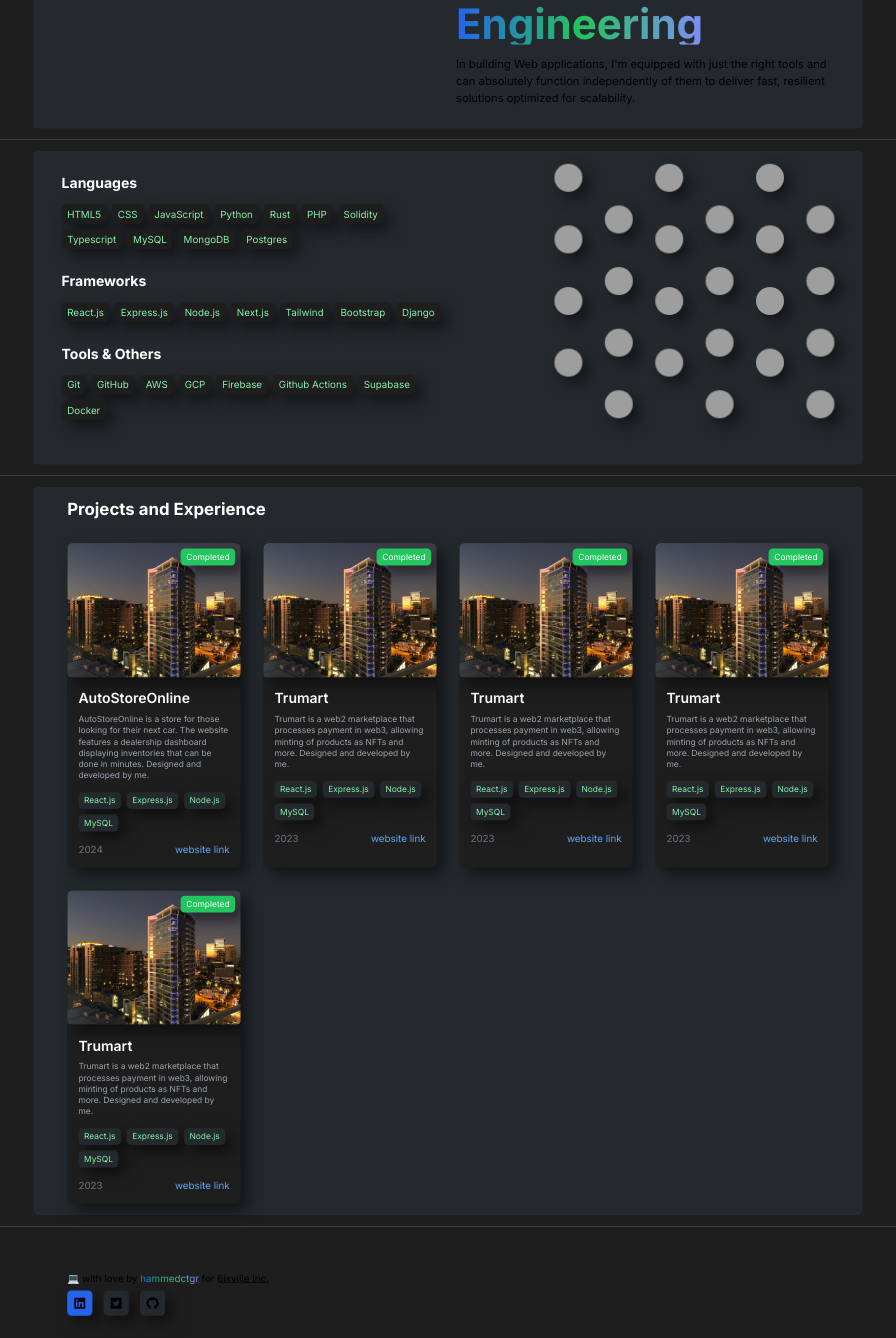
Repository: muhammedctgr/hammedctgr
Page: /
The author's editor kept a copy of each file at every save. The page is drawn from the files as they stood at one save, then again after a run of saves.
The browser window is 1280 px wide. The pictures show the part of the page from y = 844 to 2764 px (the page is 2756 px tall before and 2764 px after), at 70% of full size.
Pictures or frames that could not be fetched are drawn as grey boxes. The project was rebuilt for these pictures with package versions that can differ from the ones it lists, and the page was loaded fresh each time. The framework's server and built-in components were replaced by stand-ins that run in the browser. Also part of the build but not shown: next.config.mjs.

Above is the page before, as saved 2024-08-13 19:29:55.

### app/layout.tsx
import type { Metadata } from "next";
import { Inter } from "next/font/google";
import "./globals.css";

const inter = Inter({ subsets: ["latin"] });

export const metadata: Metadata = {
  title: "Popoola Muhammed",
  description: "Generated by create next app",
};

export default function RootLayout({
  children,
}: Readonly<{
  children: React.ReactNode;
}>) {
  return (
    <html lang="en">
      <body className={inter.className}>{children}</body>
    </html>
  );
}

### app/page.tsx
import Head from 'next/head';
import Hero from '../components/Hero';
import SkillsSection from '@/components/SkillsSection';
import SummarySection from '@/components/SummarySection';
import ProjectsSection from '@/components/ProjectsSection';
import Footer from '@/components/Footer';

const Home = () => (
  <div>
    <Head>
      <title>Popoola Muhammed</title>
      <meta name="description" content="Welcome to my developer portfolio" />
    </Head>

    <Hero />
    <SummarySection />
    <SkillsSection />
    <ProjectsSection />
    <Footer />
  </div>
);

export default Home;

### app/globals.css
@tailwind base;
@tailwind components;
@tailwind utilities;

:root {
  --foreground-rgb: 0, 0, 0;
  --background-start-rgb: 214, 219, 220;
  --background-end-rgb: 255, 255, 255;
}

@media (prefers-color-scheme: dark) {
  :root {
    --foreground-rgb: 255, 255, 255;
    --background-start-rgb: 0, 0, 0;
    --background-end-rgb: 0, 0, 0;
  }
}

body {
  color: rgb(var(--foreground-rgb));
  background: linear-gradient(
      to bottom,
      transparent,
      rgb(var(--background-end-rgb))
    )
    rgb(var(--background-start-rgb));
}

@layer utilities {
  .text-balance {
    text-wrap: balance;
  }
}


@keyframes upDown {
  0%, 100% {
    transform: translateY(0);
  }
  50% {
    transform: translateY(-10px); /* Adjust the value as needed */
  }
}

.animate-upDown {
  animation: upDown 2s infinite ease-in-out; /* Adjust duration as needed */
}


@keyframes scroll-medium {
  0% {
    transform: translateY(-100%);
  }
  100% {
    transform: translateY(100%);
  }
}

@keyframes scroll-fast {
  0% {
    transform: translateY(-100%);
  }
  100% {
    transform: translateY(30vh);
  }
}

@keyframes scroll-upfast {
  0% {
    transform: translateY(100%);
  }
  100% {
    transform: translateY(-30vh);
  }
}

.animate-scroll-upfast {
  animation: scroll-upfast 2s linear infinite;
}

.animate-scroll-fast {
  animation: scroll-fast 2s linear infinite;
}

.animate-scroll-medium {
  animation: scroll-medium 6s linear infinite;
}

.animate-scroll-delay {
  animation-delay: 2s;
}

.animate-scroll-delay-long {
  animation-delay: 4s;
}

.animate-scroll {
  animation: scroll 10s linear infinite;
}

.neumorph {
  border-radius: 5px;
  background: linear-gradient(145deg, #161414, #1a1818);
  box-shadow:  5px 5px 10px #111010,
               -5px -5px 10px #1f1c1c;
}

### components/Hero.tsx
import Image from 'next/image';
import profilePic from '../public/profile.png';
import { AiFillLinkedin, AiFillGithub, AiFillTwitterSquare, AiFillX } from 'react-icons/ai';

const Hero = () => {
  return (
    <section className="bg-gptGray px-4 py-4 md:pt-8 md:px-8 lg:px-12 text-white flex items-center">
  <div className="container bg-githubGray shadow-lg rounded-md mx-auto flex flex-col md:flex-row md:px-2 relative overflow-hidden">
    <div className="flex-1 text-left p-4 md:p-8">
      <div className="inline-block bg-blue-600 text-black py-1 px-3 mb-4 rounded-md">
        Hi, I’m
      </div>
      <div className="mb-6">
        <h1 className="text-xl md:text-3xl font-bold">Popoola Muhammed</h1>
        <p className="mt-2 text-lg md:text-xl">Full-Stack Developer, I build and manage</p>
      </div>
      <ul className="mt-4 list-disc list-inside text-xs md:text-base">
        <li>Highly Optimized and Responsive <span className="text-blue-600">FRONT-END</span></li>
        <li>Secure and Scalable <span className="text-blue-600">BACK-END & DATABASE</span></li>
        <li><span className="text-blue-600">IT</span> Infrastructure</li>
      </ul>
      <div className="mt-6">
        <a href="#contact" className="underline">Let’s Connect</a>
        <div className="mt-2 flex justify-start space-x-4">
          <a href="#" className="bg-blue-600 p-2 rounded-md shadow-deep-all">
            <AiFillLinkedin size={20} />
          </a>
          <a href="#" className="bg-githubGray p-2 rounded-md shadow-deep-all">
            <AiFillTwitterSquare size={20} />
          </a>
          <a href="#" className="bg-githubGray p-2 rounded-md shadow-deep-all">
            <AiFillGithub size={20} />
          </a>
        </div>
      </div>
    </div>
    <div className="relative flex-1 p-4 md:p-8">
      <img src="https://cdn.jsdelivr.net/gh/devicons/devicon@latest/icons/python/python-original.svg" className="right-4 w-8 h-8 md:w-16 md:h-16 lg:w-16 lg:h-16 bg-gptGray rounded-md animate-bounce shadow-deep-all" />
      <div className="relative w-40 h-40 md:w-72 md:h-72 lg:w-96 lg:h-96 mx-auto">
        <Image src={profilePic} alt="Popoola Muhammed" layout="fill" className="rounded-full object-cover animate-upDown" />
      </div>
      <img src="https://cdn.jsdelivr.net/gh/devicons/devicon@latest/icons/rust/rust-original.svg"  className="w-8 h-8 md:w-16 md:h-16 lg:w-16 lg:h-16 bg-gptGray rounded-3xl shadow-deep-all animate-bounce absolute top-8 right-4" />
      <img src="https://cdn.jsdelivr.net/gh/devicons/devicon@latest/icons/javascript/javascript-original.svg" className="w-8 h-8 md:w-12 md:h-12 lg:w-12 lg:h-12 bg-gptGray rounded-md animate-bounce shadow-deep-all" />
    </div>
    <img src="https://cdn.jsdelivr.net/gh/devicons/devicon@latest/icons/nextjs/nextjs-original.svg" className="w-8 h-8 md:w-12 md:h-12 lg:w-12 lg:h-12 bg-gptGray rounded-3xl shadow-deep-all animate-bounce absolute bottom-4 right-36" />
  </div>
</section>
  );
};

export default Hero;

### components/SkillsSection.tsx
import Image from 'next/image';
import { FC } from 'react';

interface SkillCategory {
  title: string;
  skills: { name: string; }[];
}

const skills: SkillCategory[] = [
  {
    title: "Languages",
    skills: [
      { name: "HTML5",  },
      { name: "CSS", },
      { name: "JavaScript",  },
      { name: "Python", },
      { name: "Rust",  },
      { name: "PHP", },
      { name: "Solidity",  },
      { name: "Typescript",  },
      { name: "MySQL",  },
      { name: "MongoDB", },
      { name: "Postgres", },
    ],
  },
  {
    title: "Frameworks",
    skills: [
      { name: "React.js", },
      { name: "Express.js",  },
      { name: "Node.js", },
      { name: "Next.js", },
      { name: "Tailwind", },
      { name: "Bootstrap", },
      { name: "Django", }
    ],
  },
  {
    title: "Tools & Others",
    skills: [
      { name: "Git",  },
      { name: "GitHub",  },
      { name: "AWS", },
      { name: "GCP", },
      { name: "Firebase", },
      { name: "Github Actions", },
      { name: "Supabase",  },
      { name: "Docker",  },
    ],
  },
];

const icons = [
  "/icons/html5.svg", // Replace with your icon paths
  "/icons/css3.svg",
  "/icons/javascript.svg",
  "/icons/python.svg",
  // Add the rest of the icons as needed
];

const SkillsSection: FC = () => {
  return (
  <section className="px-4 py-4 md:px-8 lg:px-12 bg-gptGray text-white w-full h-full">
  <div className="container bg-githubGray rounded-md mx-auto flex flex-col md:flex-row items-start md:px-2">
    <div className="flex-1 p-4 md:p-8">
      {skills.map((category) => (
        <div key={category.title} className="mb-8">
          <h2 className="text-lg md:text-xl font-bold mb-4 ">{category.title}</h2>
          <div className="flex flex-wrap gap-2">
            {category.skills.map((skill) => (
              <span
                key={skill.name}
                className={`px-2 py-1 rounded-md text-sm shadow-deep-all bg-gptGray text-green-300`}
              >
                {skill.name}
              </span>
            ))}
          </div>
        </div>
      ))}
    </div>
    <div className="flex-1 flex flex-col items-center md:items-end overflow-hidden md:pb-8">
      <div className="grid grid-cols-6 md:grid-cols-6 gap-8 p-4 md:p-8">
      <img src="https://cdn.jsdelivr.net/gh/devicons/devicon@latest/icons/html5/html5-original.svg" className="w-10 h-10 md:w-10 md:h-10 lg:w-10 lg:h-10 bg-gptGray rounded-3xl shadow-deep-all mt-4 animate-scroll-fast" />
      <img src="https://cdn.jsdelivr.net/gh/devicons/devicon@latest/icons/css3/css3-original.svg" className="w-10 h-10 md:w-10 md:h-10 lg:w-10 lg:h-10 bg-gptGray rounded-3xl shadow-deep-all mt-4 animate-scroll-upfast" />
      <img src="https://cdn.jsdelivr.net/gh/devicons/devicon@latest/icons/javascript/javascript-original.svg" className="w-10 h-10 md:w-10 md:h-10 lg:w-10 lg:h-10 bg-gptGray rounded-3xl shadow-deep-all mt-4 animate-scroll-fast" />
      <img src="https://cdn.jsdelivr.net/gh/devicons/devicon@latest/icons/python/python-original.svg" className="w-10 h-10 md:w-10 md:h-10 lg:w-10 lg:h-10 bg-gptGray rounded-3xl shadow-deep-all mt-4 animate-scroll-upfast" />
      <img src="https://cdn.jsdelivr.net/gh/devicons/devicon@latest/icons/rust/rust-original.svg"  className="w-10 h-10 md:w-10 md:h-10 lg:w-10 lg:h-10 bg-gptGray rounded-3xl shadow-deep-all mt-4 animate-scroll-fast" />
      <img src="https://cdn.jsdelivr.net/gh/devicons/devicon@latest/icons/php/php-original.svg" className="w-10 h-10 md:w-10 md:h-10 lg:w-10 lg:h-10 bg-gptGray rounded-3xl shadow-deep-all mt-4 animate-scroll-upfast"  />
      <img src="https://cdn.jsdelivr.net/gh/devicons/devicon@latest/icons/solidity/solidity-original.svg" className="w-10 h-10 md:w-10 md:h-10 lg:w-10 lg:h-10 bg-gptGray rounded-3xl shadow-deep-all mt-4 animate-scroll-fast" />
      <img src="https://cdn.jsdelivr.net/gh/devicons/devicon@latest/icons/typescript/typescript-original.svg" className="w-10 h-10 md:w-10 md:h-10 lg:w-10 lg:h-10 bg-gptGray rounded-3xl shadow-deep-all mt-4 animate-scroll-upfast" />
      <img src="https://cdn.jsdelivr.net/gh/devicons/devicon@latest/icons/mysql/mysql-original.svg" className="w-10 h-10 md:w-10 md:h-10 lg:w-10 lg:h-10 bg-gptGray rounded-3xl shadow-deep-all mt-4 animate-scroll-fast" />
      <img src="https://cdn.jsdelivr.net/gh/devicons/devicon@latest/icons/mongodb/mongodb-original.svg" className="w-10 h-10 md:w-10 md:h-10 lg:w-10 lg:h-10 bg-gptGray rounded-3xl shadow-deep-all mt-4 animate-scroll-upfast" />
      <img src="https://cdn.jsdelivr.net/gh/devicons/devicon@latest/icons/react/react-original.svg" className="w-10 h-10 md:w-10 md:h-10 lg:w-10 lg:h-10 bg-gptGray rounded-3xl shadow-deep-all mt-4 animate-scroll-fast" />
      <img src="https://cdn.jsdelivr.net/gh/devicons/devicon@latest/icons/nextjs/nextjs-original.svg" className="w-10 h-10 md:w-10 md:h-10 lg:w-10 lg:h-10 bg-gptGray rounded-3xl shadow-deep-all mt-4 animate-scroll-upfast" />
      <img src="https://cdn.jsdelivr.net/gh/devicons/devicon@latest/icons/tailwindcss/tailwindcss-original.svg" className="w-10 h-10 md:w-10 md:h-10 lg:w-10 lg:h-10 bg-gptGray rounded-3xl shadow-deep-all mt-4 animate-scroll-fast" />
      <img src="https://cdn.jsdelivr.net/gh/devicons/devicon@latest/icons/git/git-original.svg" className="w-10 h-10 md:w-10 md:h-10 lg:w-10 lg:h-10 bg-gptGray rounded-3xl shadow-deep-all mt-4 animate-scroll-upfast" />
      <img src="https://cdn.jsdelivr.net/gh/devicons/devicon@latest/icons/github/github-original.svg" className="w-10 h-10 md:w-10 md:h-10 lg:w-10 lg:h-10 bg-gptGray rounded-3xl shadow-deep-all mt-4 animate-scroll-fast" />
      <img src="https://cdn.jsdelivr.net/gh/devicons/devicon@latest/icons/amazonwebservices/amazonwebservices-original-wordmark.svg" className="w-10 h-10 md:w-10 md:h-10 lg:w-10 lg:h-10 bg-gptGray rounded-3xl shadow-deep-all mt-4 animate-scroll-upfast" />
      <img src="https://cdn.jsdelivr.net/gh/devicons/devicon@latest/icons/googlecloud/googlecloud-original.svg" className="w-10 h-10 md:w-10 md:h-10 lg:w-10 lg:h-10 bg-gptGray rounded-3xl shadow-deep-all mt-4 animate-scroll-fast" />
      <img src="https://cdn.jsdelivr.net/gh/devicons/devicon@latest/icons/postgresql/postgresql-original.svg" className="w-10 h-10 md:w-10 md:h-10 lg:w-10 lg:h-10 bg-gptGray rounded-3xl shadow-deep-all mt-4 animate-scroll-upfast" />
      <img src="https://cdn.jsdelivr.net/gh/devicons/devicon@latest/icons/supabase/supabase-original.svg" className="w-10 h-10 md:w-10 md:h-10 lg:w-10 lg:h-10 bg-gptGray rounded-3xl shadow-deep-all mt-4 animate-scroll-fast" />
      <img src="https://cdn.jsdelivr.net/gh/devicons/devicon@latest/icons/docker/docker-original.svg" className="w-10 h-10 md:w-10 md:h-10 lg:w-10 lg:h-10 bg-gptGray rounded-3xl shadow-deep-all mt-4 animate-scroll-upfast" />
      <img src="https://cdn.jsdelivr.net/gh/devicons/devicon@latest/icons/django/django-plain.svg" className="w-10 h-10 md:w-10 md:h-10 lg:w-10 lg:h-10 bg-gptGray rounded-3xl shadow-deep-all mt-4 animate-scroll-fast" />
      <img src="https://cdn.jsdelivr.net/gh/devicons/devicon@latest/icons/bootstrap/bootstrap-original.svg" className="w-10 h-10 md:w-10 md:h-10 lg:w-10 lg:h-10 bg-gptGray rounded-3xl shadow-deep-all mt-4 animate-scroll-upfast" />
      <img src="https://cdn.jsdelivr.net/gh/devicons/devicon@latest/icons/nodejs/nodejs-original.svg" className="w-10 h-10 md:w-10 md:h-10 lg:w-10 lg:h-10 bg-gptGray rounded-3xl shadow-deep-all mt-4 animate-scroll-fast" />
      <img src="https://cdn.jsdelivr.net/gh/devicons/devicon@latest/icons/githubactions/githubactions-original.svg" className="w-10 h-10 md:w-10 md:h-10 lg:w-10 lg:h-10 bg-gptGray rounded-3xl shadow-deep-all mt-4 animate-scroll-upfast" />
      </div>
    </div>
  </div>
</section>
  );
};

export default SkillsSection;

### components/SummarySection.tsx
import { FC } from 'react';

const SummarySection: FC = () => {
  return (
<section className="px-4 py-4 md:px-8 lg:px-12 bg-gptGray relative overflow-hidden">
  <div className="container bg-githubGray mx-auto flex rounded-md flex-col md:flex-row justify-between items-start md:px-8 p-4 md:p-8">
    <div className=" mb-8 md:mb-8">
      <div className="mb-4">
        <span className="text-4xl md:text-6xl font-bold bg-gradient-to-r from-blue-600 via-green-500 to-indigo-400 inline-block text-transparent bg-clip-text">Software</span>
      </div>
      <p className="text-sm md:text-base">
        I'm probably not the typical dev stationed behind a computer, but building state-of-the-art web apps, optimizing performance for scale and avoiding downtime is where you'll find me.
      </p>
    </div>
    <div className=" md:mt-48">
      <div className="mb-4">
        <span className="text-4xl md:text-6xl font-bold bg-gradient-to-r from-blue-600 via-green-500 to-indigo-400 inline-block text-transparent bg-clip-text">Engineering</span>
      </div>
      <p className="text-sm md:text-base">
        In building Web applications, I'm equipped with just the right tools and can absolutely function independently of them to deliver fast, resilient solutions optimized for scalability.
      </p>
    </div>
  </div>
</section>
  );
};

export default SummarySection;

### components/ProjectsSection.tsx
import { FC } from 'react';

interface Project {
  title: string;
  description: string;
  technologies: string[];
  date: string;
  status: string;
  image: string;
  link: string;
}

const projects: Project[] = [
  {
    title: "AutoStoreOnline",
    description: "AutoStoreOnline is a store for those looking for their next car. The website features a dealership dashboard displaying inventories that can be done in minutes. Designed and developed by me.",
    technologies: ["React.js", "Express.js", "Node.js", "MySQL"],
    date: "2024",
    status: "Completed",
    image: "pic1.jpg",
    link: "https://example.com",
  },
  {
    title: "Trumart",
    description: "Trumart is a web2 marketplace that processes payment in web3, allowing minting of products as NFTs and more. Designed and developed by me.",
    technologies: ["React.js", "Express.js", "Node.js", "MySQL"],
    date: "2023",
    status: "Completed",
    image: "pic1.jpg",
    link: "https://example.com",
  },
  {
    title: "Trumart",
    description: "Trumart is a web2 marketplace that processes payment in web3, allowing minting of products as NFTs and more. Designed and developed by me.",
    technologies: ["React.js", "Express.js", "Node.js", "MySQL"],
    date: "2023",
    status: "Completed",
    image: "pic1.jpg",
    link: "https://example.com",
  },
  {
    title: "Trumart",
    description: "Trumart is a web2 marketplace that processes payment in web3, allowing minting of products as NFTs and more. Designed and developed by me.",
    technologies: ["React.js", "Express.js", "Node.js", "MySQL"],
    date: "2023",
    status: "Completed",
    image: "pic1.jpg",
    link: "https://example.com",
  },
  {
    title: "Trumart",
    description: "Trumart is a web2 marketplace that processes payment in web3, allowing minting of products as NFTs and more. Designed and developed by me.",
    technologies: ["React.js", "Express.js", "Node.js", "MySQL"],
    date: "2023",
    status: "Completed",
    image: "pic1.jpg",
    link: "https://example.com",
  },
  // Add more projects as needed...
];

const ProjectsSection: FC = () => {
  return (
    <section className="bg-gptGray md:px-8 px-4 py-4 lg:px-12">
      <div className="container bg-githubGray rounded-md mx-auto md:px-8 ">
        <h2 className="text-2xl font-bold text-white p-4">Projects and Experience</h2>
        <div className="grid grid-cols-1 sm:grid-cols-3 lg:grid-cols-4 gap-8 p-4">
          {projects.map((project, index) => (
            <div key={index} className="bg-gptGray rounded-lg overflow-hidden shadow-deep-all">
              <div className="relative w-full h-48">
                <img src={project.image} alt={project.title} className="w-full h-full object-cover shadow-deep-all rounded-md" />
                <span className="shadow-deep-all absolute top-2 right-2 bg-green-500 text-xs text-white px-2 py-1 rounded-md">{project.status}</span>
              </div>
              <div className="p-4">
                <h3 className="text-xl font-semibold text-white mb-2">{project.title}</h3>
                <p className="text-gray-400 text-xs mb-4">{project.description}</p>
                <div className="flex flex-wrap gap-2 mb-4">
                  {project.technologies.map((tech, i) => (
                    <span key={i} className="bg-githubGray shadow-deep-all text-green-300 text-xs px-2 py-1 rounded-md">{tech}</span>
                  ))}
                </div>
                <div className="flex justify-between items-center">
                  <span className="text-gray-500 text-sm">{project.date}</span>
                  <a href={project.link} target="_blank" rel="noopener noreferrer" className="text-blue-400 hover:underline text-sm">website link</a>
                </div>
              </div>
            </div>
          ))}
        </div>
      </div>
    </section>
  );
};

export default ProjectsSection;

### components/Footer.tsx
import { AiFillLinkedin, AiFillGithub, AiFillTwitterSquare, AiFillX } from 'react-icons/ai';

const Footer = () => {
    return (
        <div className="bg-gptGray px-4 py-4 md:pt-8 md:px-8 lg:px-12">
            <div className='bg-gptGray px-4 py-4 md:pt-8 md:px-12 text-sm'>
            <p>
            <span className='w-50 h-50'>&#128187;</span> with love by <span className='bg-gradient-to-r from-blue-600 via-green-500 to-indigo-400 inline-block text-transparent bg-clip-text'>hammedctgr</span> for <a href="https://6ixville.github.io/" target="_blank" rel="noopener noreferrer" className='underline'>6ixville Inc.</a>
            </p>
            <div className="">
            <div className="mt-2 flex justify-start space-x-4">
            <a href="#" className="bg-blue-600 p-2 rounded-md shadow-deep-all">
                <AiFillLinkedin size={20} />
            </a>
            <a href="#" className="bg-githubGray p-2 rounded-md shadow-deep-all">
                <AiFillTwitterSquare size={20} />
            </a>
            <a href="#" className="bg-githubGray p-2 rounded-md shadow-deep-all">
                <AiFillGithub size={20} />
            </a>
            </div>
      </div>
        </div>
       </div>
     );
}

export default Footer;

### tailwind.config.ts
import type { Config } from "tailwindcss";

const config: Config = {
  content: [
    "./pages/**/*.{js,ts,jsx,tsx,mdx}",
    "./components/**/*.{js,ts,jsx,tsx,mdx}",
    "./app/**/*.{js,ts,jsx,tsx,mdx}",
  ],
  theme: {
    extend: {
      backgroundImage: {
        "gradient-radial": "radial-gradient(var(--tw-gradient-stops))",
        "gradient-conic":
          "conic-gradient(from 180deg at 50% 50%, var(--tw-gradient-stops))",
      },
      colors: {
        githubGray: '#24292e',
        gptGray: '#1e1e1e', // Define the exact color
        gradient: 'bg-gradient-to-r from-blue-600 via-green-500 to-indigo-400 inline-block text-transparent bg-clip-text'
      },
      boxShadow: {
        'deep-right': '10px 10px 20px rgba(0, 0, 0, 0.25)',  // Right side shadow
        'deep-left': '-10px 10px 20px rgba(0, 0, 0, 0.25)',  // Left side shadow
        'deep-top': '10px -10px 20px rgba(0, 0, 0, 0.25)',   // Top side shadow
        'deep-bottom': '10px 10px 20px rgba(0, 0, 0, 0.25)', // Bottom side shadow
        'deep-all': '10px 10px 20px rgba(0, 0, 0, 0.5)',     // All sides shadow
      }
    },
  },
  plugins: [],
};
export default config;

After the next 2 saves:
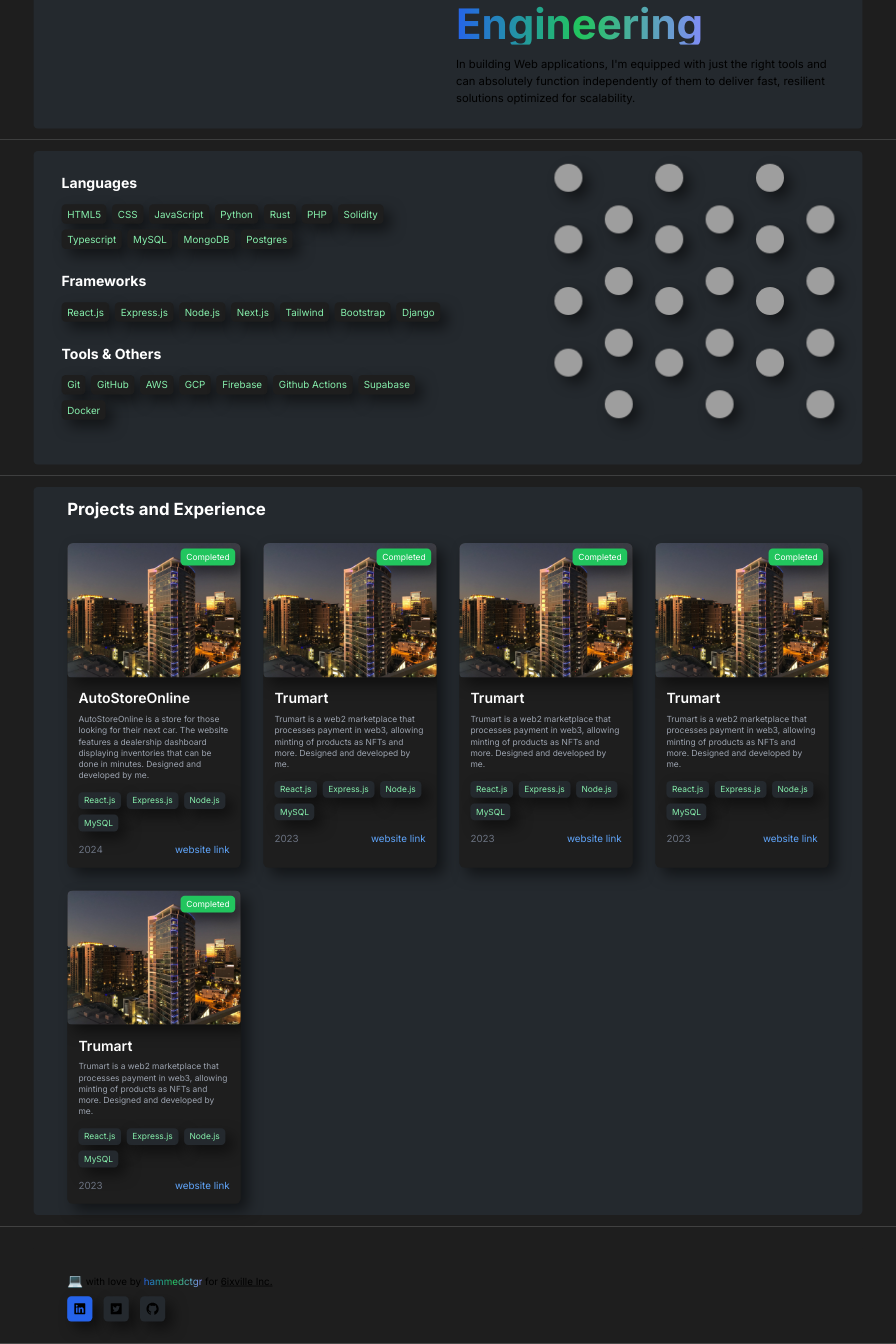
The 2 saves are shown as one change because they came seconds apart.
The last was saved 4 min 55 s later.
--- a/components/Footer.tsx
+++ b/components/Footer.tsx
@@ -5,7 +5,7 @@ const Footer = () => {
         <div className="bg-gptGray px-4 py-4 md:pt-8 md:px-8 lg:px-12">
             <div className='bg-gptGray px-4 py-4 md:pt-8 md:px-12 text-sm'>
             <p>
-            <span className='w-50 h-50'>&#128187;</span> with love by <span className='bg-gradient-to-r from-blue-600 via-green-500 to-indigo-400 inline-block text-transparent bg-clip-text'>hammedctgr</span> for <a href="https://6ixville.github.io/" target="_blank" rel="noopener noreferrer" className='underline'>6ixville Inc.</a>
+            <span className='text-lg'>&#128187;</span> with love by <span className='bg-gradient-to-r from-blue-600 via-green-500 to-indigo-400 inline-block text-transparent bg-clip-text'>hammedctgr</span> for <a href="https://6ixville.github.io/" target="_blank" rel="noopener noreferrer" className='underline'>6ixville Inc.</a>
             </p>
             <div className="">
             <div className="mt-2 flex justify-start space-x-4">
